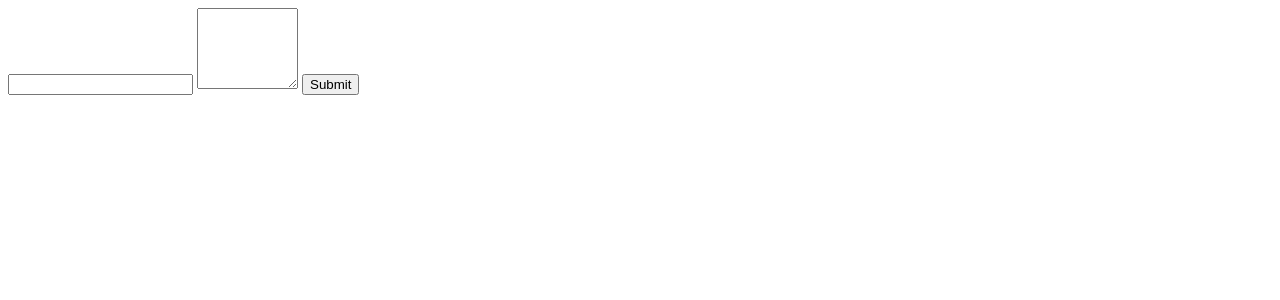
Repository: Anwithgowda/bank-app
Page: http://localhost/movie-book-app/addtheater.jsp
The author's editor kept a copy of each file at every save. The page is drawn from the files as they stood at one save, then again after the next save.
The browser window is 1280 px wide. The pictures show the whole page.
The page is served by Tomcat 10. Other server files are loaded and not shown.

Above is the page before, as saved 2024-03-01 02:49:52.

### movieapp/movie-book-app/src/main/webapp/addtheater.jsp
<%@ page language="java" contentType="text/html; charset=ISO-8859-1"
    pageEncoding="ISO-8859-1"%>
<!DOCTYPE html>
<html>
<head>
<meta charset="ISO-8859-1">
<title>Insert title here</title>
</head>
<body>

<form action="savetheater" method="post">
  <input type="text" name="name">
  <textarea rows="5" cols="10" name="address"></textarea>
  <input type="submit" value="Submit">

</form>
</body>
</html>

After the next save:
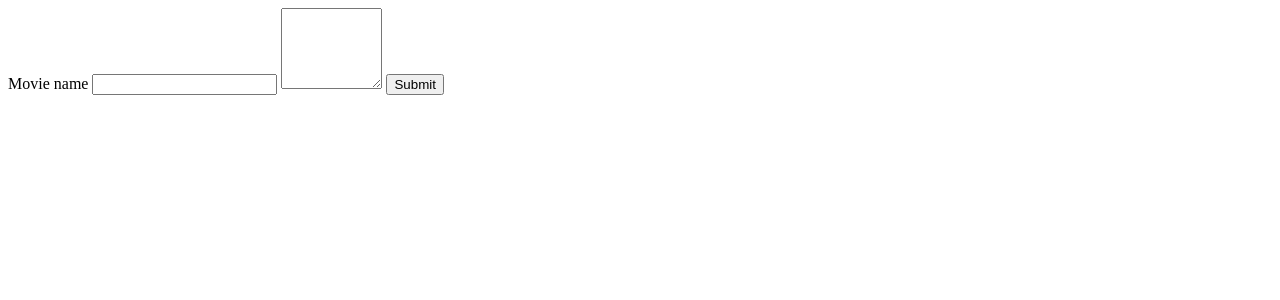
Saved 33 min 25 s later.
--- a/movieapp/movie-book-app/src/main/webapp/addtheater.jsp
+++ b/movieapp/movie-book-app/src/main/webapp/addtheater.jsp
@@ -9,7 +9,7 @@
 <body>
 
 <form action="savetheater" method="post">
-  <input type="text" name="name">
+  Movie name <input type="text" name="name">
   <textarea rows="5" cols="10" name="address"></textarea>
   <input type="submit" value="Submit">
 
